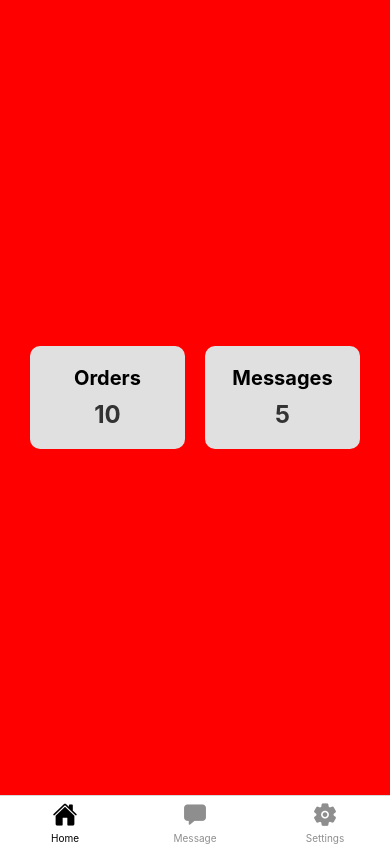
Repository: Waikato153/AwesomeProject
Screen: /
The author's editor kept a copy of each file at every save. The screen is drawn from the files as they stood at one save, then again after the next save.
The app was drawn by React Native's web renderer in a window 390 px wide. The project was rebuilt for these pictures with package versions that can differ from the ones it lists, and the page was loaded fresh each time.

Above is the screen before, as saved 2024-02-28 16:17:30.

After the next save:
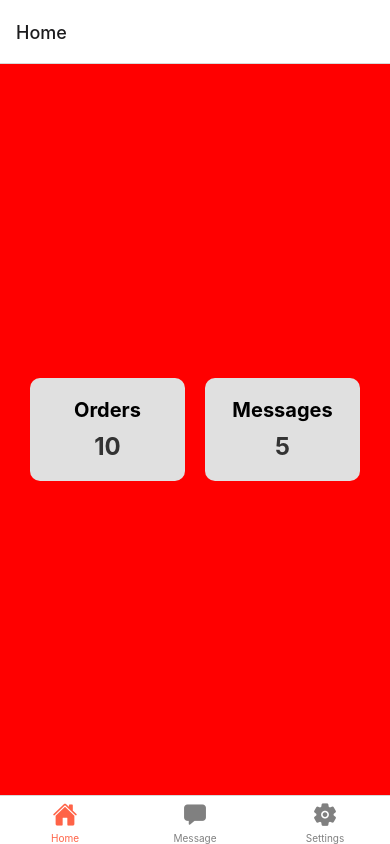
Saved 6 min 42 s later.
--- a/App.js
+++ b/App.js
@@ -37,10 +37,24 @@ function MyTabs() {
   return (
 
     <Tab.Navigator
-      screenOptions={{
-        tabBarActiveTintColor: "#000",
-        headerShown: false,
-      }}
+    screenOptions={({ route }) => ({
+      tabBarIcon: ({ focused, color, size }) => {
+        let iconName;
+
+        if (route.name === 'Home') {
+          iconName = focused
+            ? 'ios-information-circle'
+            : 'ios-information-circle-outline';
+        } else if (route.name === 'Settings') {
+          iconName = focused ? 'ios-list' : 'ios-list-outline';
+        }
+
+        // You can return any component that you like here!
+        return <Ionicons name={iconName} size={size} color={color} />;
+      },
+      tabBarActiveTintColor: 'tomato',
+      tabBarInactiveTintColor: 'gray',
+    })}
     >
       <Tab.Screen
         name="Home"
